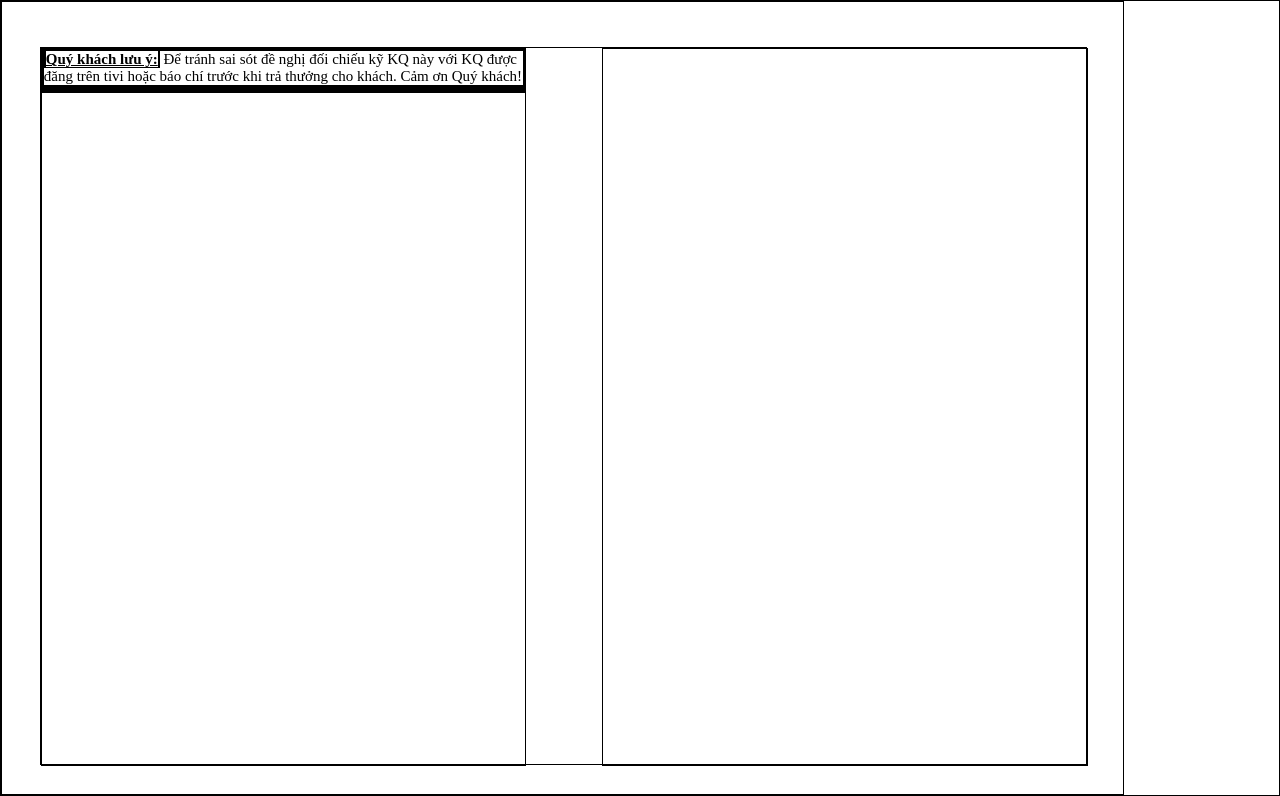
Repository: AnhDuc0125/xskt123
Page: index.html
The author's editor kept a copy of each file at every save. The page is drawn from the files as they stood at one save, then again after the next save.
The browser window is 1280 px wide. The pictures show the whole page.

Above is the page before, as saved 2022-01-29 16:03:00.

After the next save:
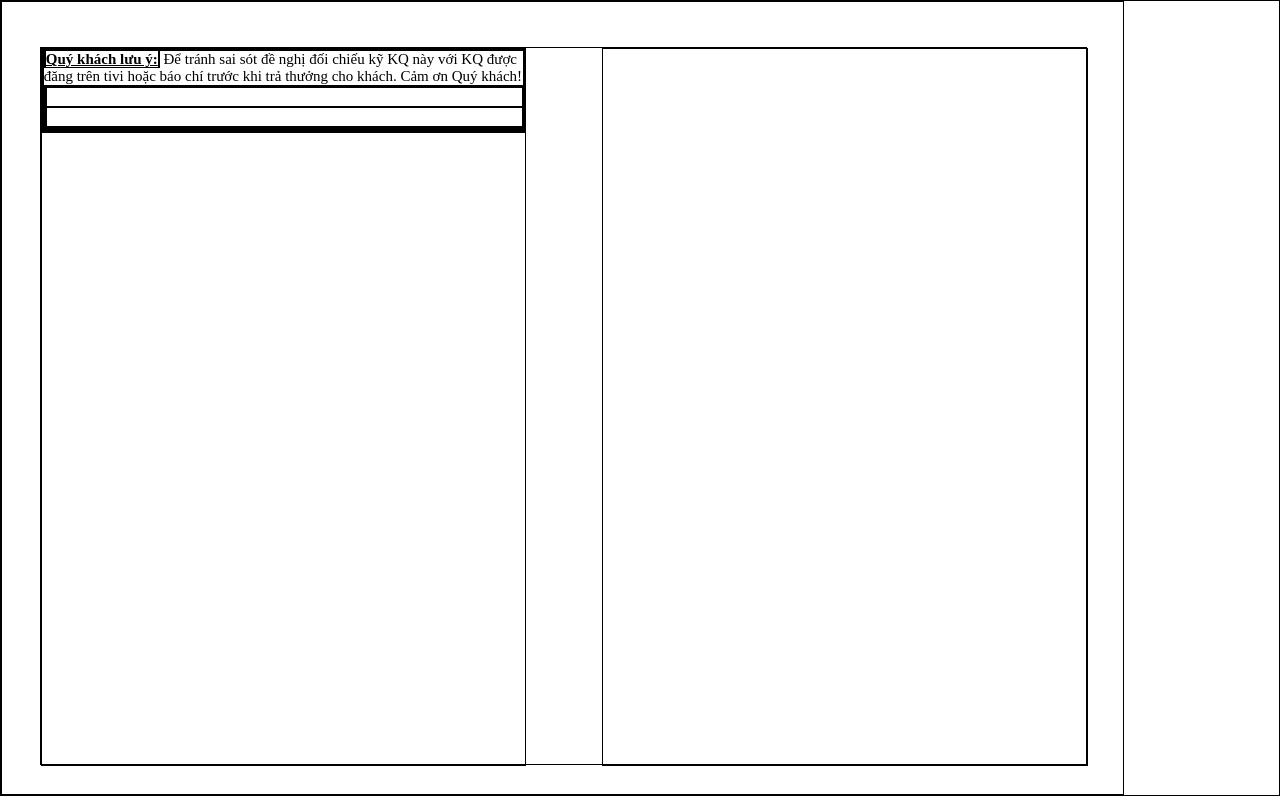
Saved 9 min 5 s later.
--- a/index.html
+++ b/index.html
@@ -16,7 +16,10 @@
             KQ này với KQ được đăng trên tivi hoặc báo chí trước khi trả thưởng
             cho khách. Cảm ơn Quý khách!
           </div>
-          <div class="header--2"></div>
+          <div class="header--2">
+            <div class="dienToan"><span id="data__dienToan--1"></span></div>
+            <div class="thanTai"><span id="data__thanTai--1"></span></div>
+          </div>
         </div>
         <div class="body"></div>
         <div class="footer"></div>
